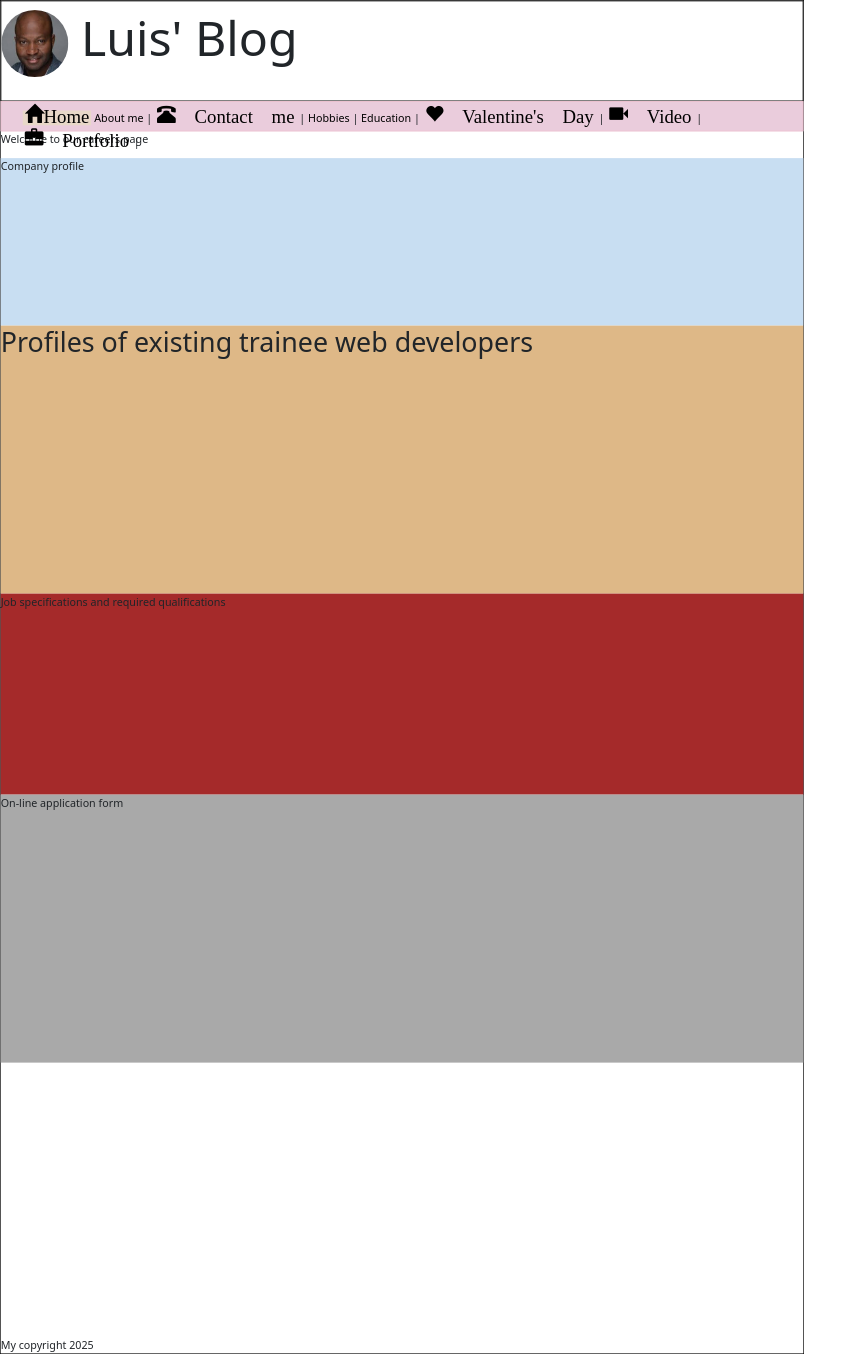
Repository: Apex-03/Apex-03.github.io
Page: careers.html
These files come from the project's save history. The page is drawn as it stood at one moment and after the next save; the edit follows.
The browser window is 1280 px wide. The pictures show the whole page, at 67% of full size.

Above is the page before, as saved 2025-05-02 14:10:48.

### careers.html
<!doctype html>
<html lang="en-GB">

<head>
<meta charset="utf-8" />
<meta name="viewport" content="width=width-device, initial-scale=1 strink-to-fit=no" />
<meta description="Website development, Web design" />
<title>Luis's Blog </title>
<link rel="stylesheet" type="text/css" href="mycss/myblog.css" />
<script type="text/javascript" src="myjsfiles/mytasks.js"/> </script>

<link rel="stylesheet" type="text/css" href="my_bootstrap/css/bootstrap.min.css" />

<link rel="stylesheet" type="text/css" href="glyphicons-only-bootstrap/css/bootstrap.min.css" />

<script type="text/javascript" src="my_bootstrap/js/bootstrap.min.js" /> </script>

<script type="text/javascript" src="my_jquery/jquery-3.7.1.min.js" /> </script>




</head>
<body>
<div id="mypage">
<div id="banner"> <img src="images/luis_photo.jpg" alt="photo of Luis Ibhiabor" width="100" height="100"/> Luis' Blog</div>
<div id="topnav">
<ul>
<li class="hm"> <a href="#" class="glyphicon glyphicon-home gi-2x">Home</a></li>
<li> <a href="#"> About me </a> </li> |
<li> <a href="#" class="glyphicon glyphicon-phone-alt gi-2x"> Contact me </a> </li> |
<li> <a href="#"> Hobbies </a> </li> |
<li> <a href="#"> Education </a> </li> |
<li> <a href="#" class="glyphicon glyphicon-heart gi-2x"> Valentine's Day</a> </li> |
<li> <a href="#" class="glyphicon glyphicon glyphicon-facetime-video gi-2x"> Video </a> </li> |
<li> <a href="#" class="glyphicon glyphicon glyphicon-briefcase gi-2x"> Portfolio </a> </li> |


</ul>
</div>

<div id="contentarea">
<p> Welcome to our careers page</p>

<div class="company_profile"><p>Company profile</p></div>

<div class="current_trainees"><h1>Profiles of existing trainee web developers</h1></div>

<div class="job_spec"><p>Job specifications and required qualifications</p></div>
<div class="application_form"><p>On-line application form</p></div>



 </div>

<div id="pagefooter"> My copyright 2025 </div>

</div>
</body>
</html>

### mycss/myblog.css

body {
background-color: #fff;
font-family: Arial, Helvetica, sans-serif;
}

#mypage {
border: 1px solid #000;
width: 1200px;
}

#banner {
height: 150px;
border: 1px solid #000;
}

#topnav {
height: 45px;
border: 1px solid #edbcca;
}

/*Improving it starts here*/
#topnav {
background-color: #eaccdc;

}

.gi-2x{font-size: 28px; padding: 3px;}
.gi-3x{font-size: 3em;}
.gi-4x{font-size: 4em;}
.gi-5x{font-size: 5em;}


#banner img {
border-radius: 50%;

/*height: 100px; width: 100px; background-color: #ff5733; margin: auto;*/
}

/*Improving it ends here*/


#topnav ul li{
text-decoration: none;
display: inline;
}

#topnav a:link {
text-decoration: none;
color: #000;
}

#topnav a:visited {
color: #caadce;
}

#topnav a:hover {
background-color: #000;
}

#contentarea {
height: 1800px;

}


#banner {
font-size: 450%;

}

.hm {
height: 25px;
background-color: #e8d8c8;
}

.application_form {
    width: 100%;
    height: 400px;
    background-color:darkgray;
}








/*
#topnav ul li {
text-decoration: none;
display: inline;

}

https://developers.google.com/fonts/docs/getting_started

#mypage {


border: 1px solid #000;
}

*/

.company_profile {
    width: 100%;
    height: 250px;
    background-color: #c8def2;
}

.current_trainees {
    width: 100%;
    height: 400px;
    background-color:burlywood;
}

.job_spec {
    width: 100%;
    height: 300px;
    background-color:brown;
}

### myjsfiles/mytasks.js
/*
document.write("Hello World!");
window.alert("Welcome to my blog!");
*/

Loaded but not shown: my_bootstrap/css/bootstrap.min.css (library); glyphicons-only-bootstrap/css/bootstrap.min.css (library); my_bootstrap/js/bootstrap.min.js (library); my_jquery/jquery-3.7.1.min.js (library)

After the next save:
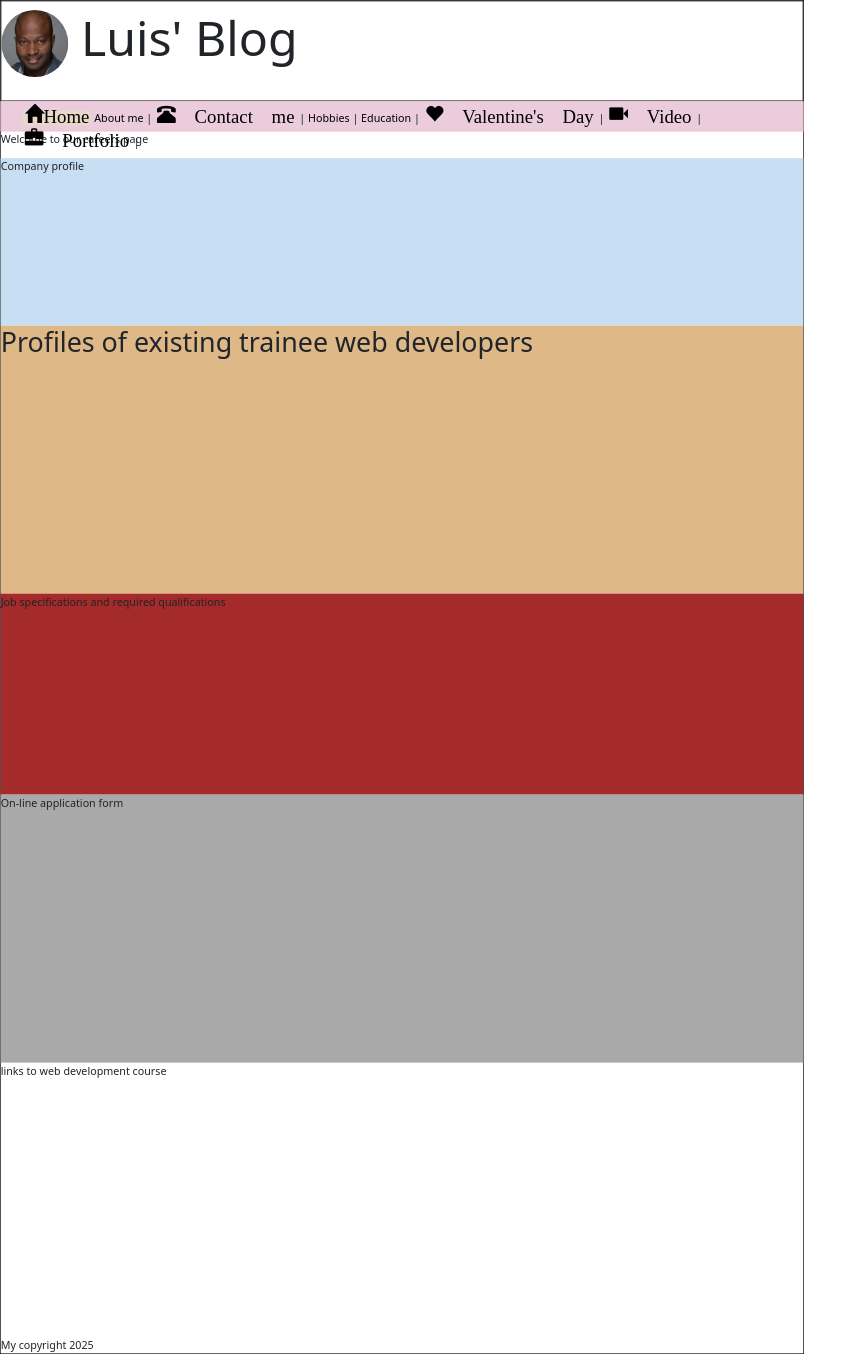
Saved 43 s later.
--- a/careers.html
+++ b/careers.html
@@ -49,7 +49,7 @@
 <div class="job_spec"><p>Job specifications and required qualifications</p></div>
 <div class="application_form"><p>On-line application form</p></div>
 
-
+<div class="our_courses"><p>links to web development course</p></div>
 
  </div>
 
